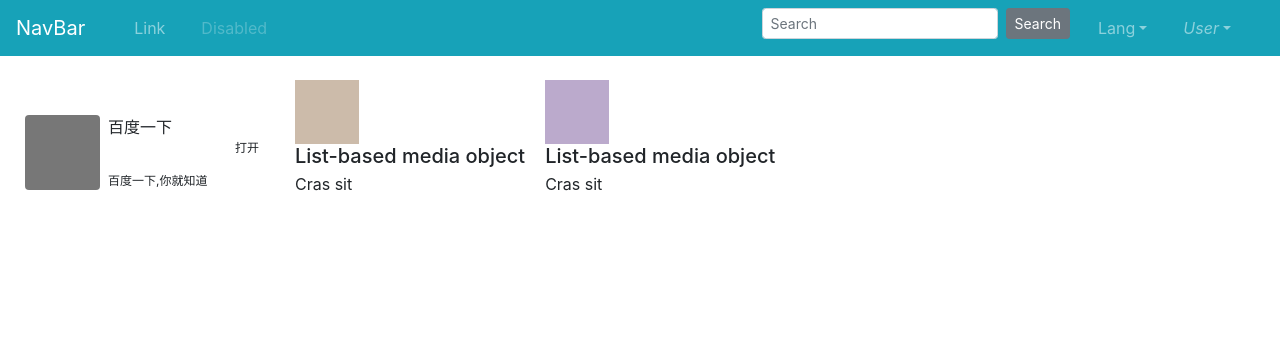
Repository: Funnyrz/vue-nav
Page: /
An editor plug-in stored every save of this project. The page is shown before and after the next save, followed by the edit.
The browser window is 1280 px wide. The pictures show the whole page.
The project was rebuilt for these pictures with package versions that can differ from the ones it lists, and the page was loaded fresh each time.

Above is the page before, as saved 2020-08-26 12:14:27.

### public/index.html
<!DOCTYPE html>
<html lang="en">
  <head>
    <meta charset="utf-8">
    <meta http-equiv="X-UA-Compatible" content="IE=edge">
    <meta name="viewport" content="width=device-width,initial-scale=1.0">
    <link rel="icon" href="<%= BASE_URL %>favicon.ico">
    <title>vue-pic</title>
  </head>
  <body>
    <noscript>
      <strong>We're sorry but vue-pic doesn't work properly without JavaScript enabled. Please enable it to continue.</strong>
    </noscript>
    <div id="app"></div>
    <!-- built files will be auto injected -->
  </body>
</html>

### src/main.js
import Vue from 'vue'
import App from './App.vue'
import 'bootstrap/dist/css/bootstrap.css'
import 'bootstrap-vue/dist/bootstrap-vue.css'
import BootstrapVue from 'bootstrap-vue'
// ES Modules syntax

// require syntax

Vue.use(BootstrapVue)
Vue.config.productionTip = false

new Vue({
  render: h => h(App),
}).$mount('#app')

### src/App.vue
<template>
  <div id="app">
    <HelloWorld msg="Welcome to Your Vue.js App" />
  </div>
</template>

<script>
import HelloWorld from "./components/HelloWorld.vue";

export default {
  name: "app",
  components: {
    HelloWorld
  }
};
</script>

<style>
.container-fluid {
  width: 80%;
}
</style>

### src/components/HelloWorld.vue
<template>
  <div class="hello">
    <div>
      <b-navbar toggleable="lg" type="dark" variant="info">
        <b-navbar-brand href="#">NavBar</b-navbar-brand>

        <b-navbar-toggle target="nav-collapse"></b-navbar-toggle>
        <b-container fluid>
          <b-collapse id="nav-collapse" is-nav>
            <b-navbar-nav>
              <b-nav-item href="#">Link</b-nav-item>
              <b-nav-item href="#" disabled>Disabled</b-nav-item>
            </b-navbar-nav>

            <!-- Right aligned nav items -->
            <b-navbar-nav class="ml-auto">
              <b-nav-form>
                <b-form-input size="sm" class="mr-sm-2" placeholder="Search"></b-form-input>
                <b-button size="sm" class="my-2 my-sm-0" type="submit">Search</b-button>
              </b-nav-form>

              <b-nav-item-dropdown text="Lang" right>
                <b-dropdown-item href="#">EN</b-dropdown-item>
                <b-dropdown-item href="#">ES</b-dropdown-item>
                <b-dropdown-item href="#">RU</b-dropdown-item>
                <b-dropdown-item href="#">FA</b-dropdown-item>
              </b-nav-item-dropdown>

              <b-nav-item-dropdown right>
                <!-- Using 'button-content' slot -->
                <template v-slot:button-content>
                  <em>User</em>
                </template>
                <b-dropdown-item href="#">Profile</b-dropdown-item>
                <b-dropdown-item href="#">Sign Out</b-dropdown-item>
              </b-nav-item-dropdown>
            </b-navbar-nav>
          </b-collapse>
        </b-container>
      </b-navbar>

      <b-container fluid>
        <div>
          <ul class="list-unstyled">
            <b-media tag="li" style="width:20%">
              <template v-slot:aside>
                <b-img v-bind="mainProps" rounded alt="placeholder"></b-img>
                <div class="nav-card">
                  百度一下
                 <div class="nav-card-text">
                  百度一下,你就知道
                </div>
                <div class="nav-card-btn">
                 打开
               </div>
                </div>

              </template>
            </b-media>

            <b-media tag="li" class="my-4">
              <template v-slot:aside>
                <b-img blank blank-color="#cba" width="64" alt="placeholder"></b-img>
              </template>

              <h5 class="mt-0 mb-1">List-based media object</h5>
              <p class="mb-0">Cras sit</p>
            </b-media>

            <b-media tag="li">
              <template v-slot:aside>
                <b-img blank blank-color="#bac" width="64" alt="placeholder"></b-img>
              </template>

              <h5 class="mt-0 mb-1">List-based media object</h5>
              <p class="mb-0">Cras sit</p>
            </b-media>
          </ul>
        </div>
      </b-container>
    </div>
  </div>
</template>

<script>
export default {
  name: "HelloWorld",
  props: {
    msg: String
  },
  data() {
    return {
      mainProps: {
        blank: true,
        blankColor: "#777",
        width: 75,
        height: 75,
        class: "m1"
      }
    };
  },
  mounted() {}
};
</script>

<!-- Add "scoped" attribute to limit CSS to this component only -->
<style scoped>
h3 {
  margin: 40px 0 0;
}
ul {
  list-style-type: none;
  padding: 0;
}
li {
  display: inline-block;
  margin: 0 10px;
}
a {
  color: #42b983;
}
.nav-card{position:relative;width:100%;margin-left: 8px;}
.nav-card-text{
  font-size:12px;bottom:0px;position:absolute;
}
.nav-card-btn{
  font-size:12px;right:0px;position:absolute;
}
</style>

After the next save:
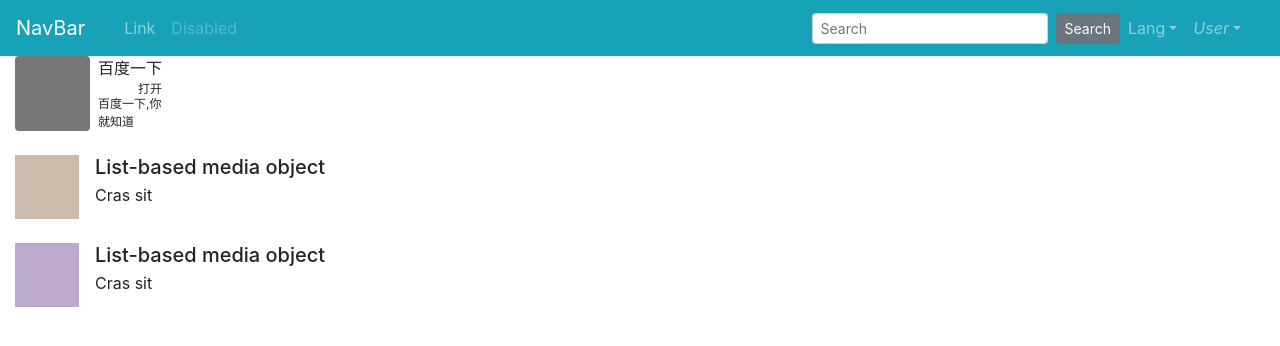
Saved 50 s later.
--- a/src/components/HelloWorld.vue
+++ b/src/components/HelloWorld.vue
@@ -105,19 +105,8 @@
 
 <!-- Add "scoped" attribute to limit CSS to this component only -->
 <style scoped>
-h3 {
-  margin: 40px 0 0;
-}
-ul {
-  list-style-type: none;
-  padding: 0;
-}
-li {
-  display: inline-block;
-  margin: 0 10px;
-}
-a {
-  color: #42b983;
+.nav-li{
+
 }
 .nav-card{position:relative;width:100%;margin-left: 8px;}
 .nav-card-text{

After the 4 saves that followed:
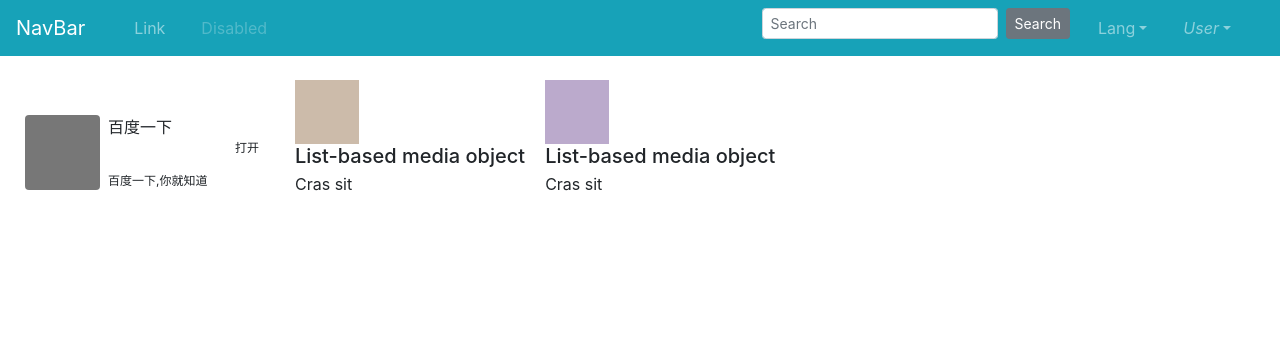
The 4 saves are shown as one change because 3 left the picture as it was.
The last was saved 73 s later.
--- a/src/components/HelloWorld.vue
+++ b/src/components/HelloWorld.vue
@@ -105,8 +105,19 @@
 
 <!-- Add "scoped" attribute to limit CSS to this component only -->
 <style scoped>
-.nav-li{
-
+h3 {
+  margin: 40px 0 0;
+}
+ul {
+  list-style-type: none;
+  padding: 0;
+}
+li {
+  display: inline-block;
+  margin: 0 10px;
+}
+a {
+  color: #42b983;
 }
 .nav-card{position:relative;width:100%;margin-left: 8px;}
 .nav-card-text{
